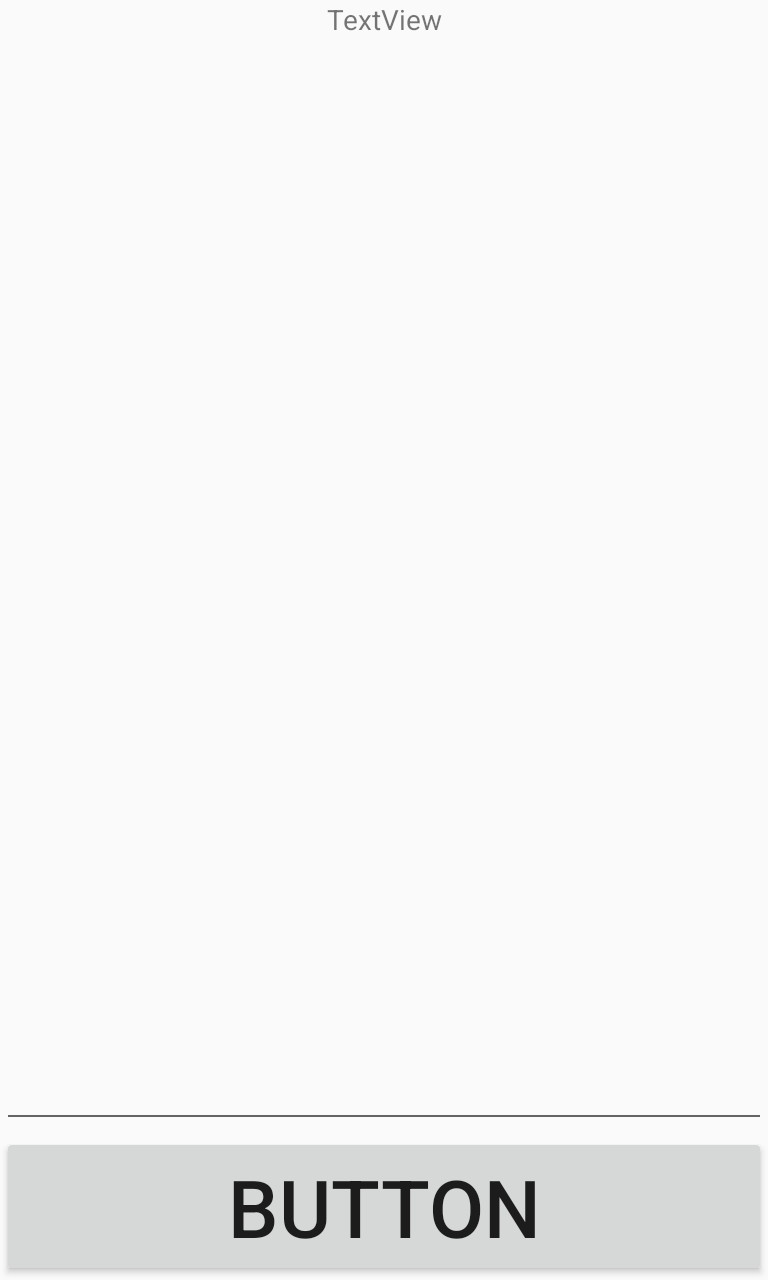
Repository: harsha20011992/Android-Projects
Layout: NotePadLatest/res/layout/fragmentnotes.xml
These files come from the project's save history. The layout is drawn as it stood at one moment and after the next save; the edit follows.
It is drawn on a 768 x 1280 px phone screen (xhdpi) without system bars, with theme AppTheme; the app's code is not run.

Above is the layout before, as saved 2014-10-13 19:55:43.

After the next save:
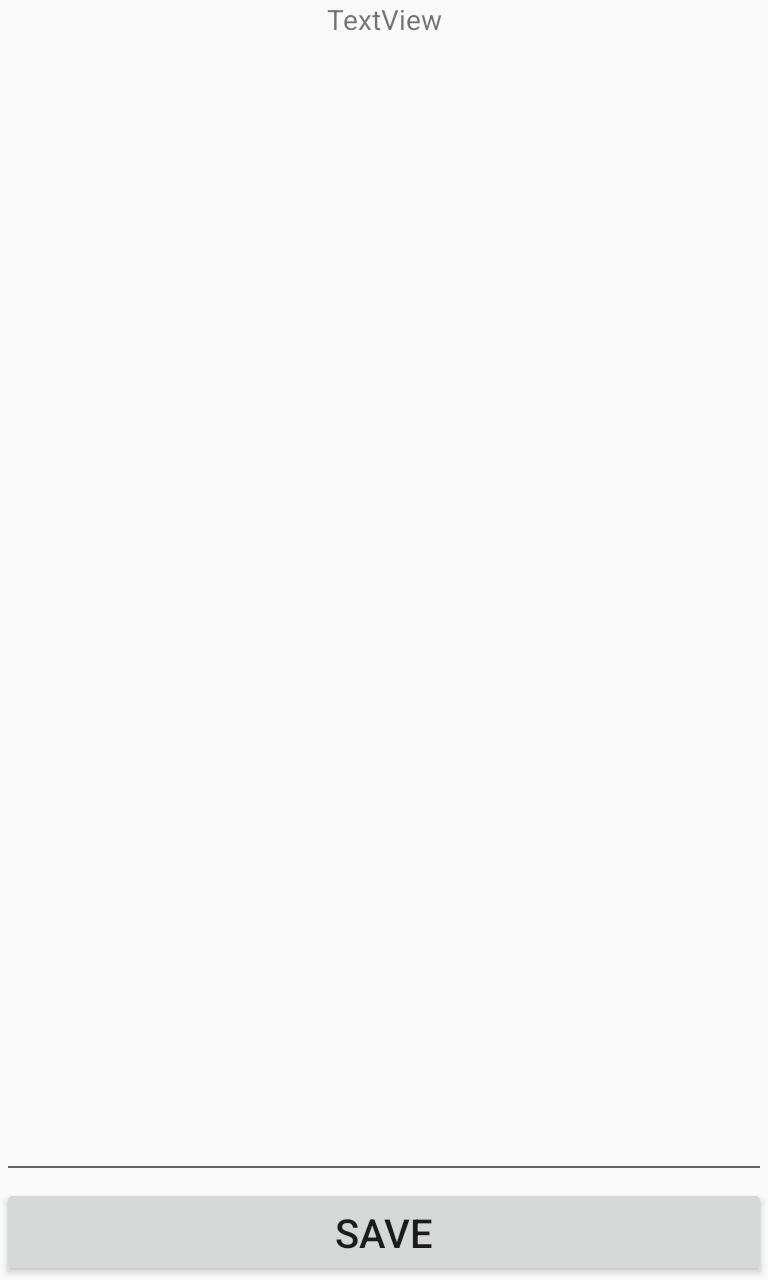
Saved 47 s later.
--- a/NotePadLatest/res/layout/fragmentnotes.xml
+++ b/NotePadLatest/res/layout/fragmentnotes.xml
@@ -28,8 +28,8 @@
         android:id="@+id/notepadsave"
         android:layout_width="match_parent"
         android:layout_height="wrap_content"
-        android:text="Button"
+        android:text="save"
         android:gravity="center"
-        android:textSize="40dp" />
+        android:textSize="20dp" />
 
 </LinearLayout>
